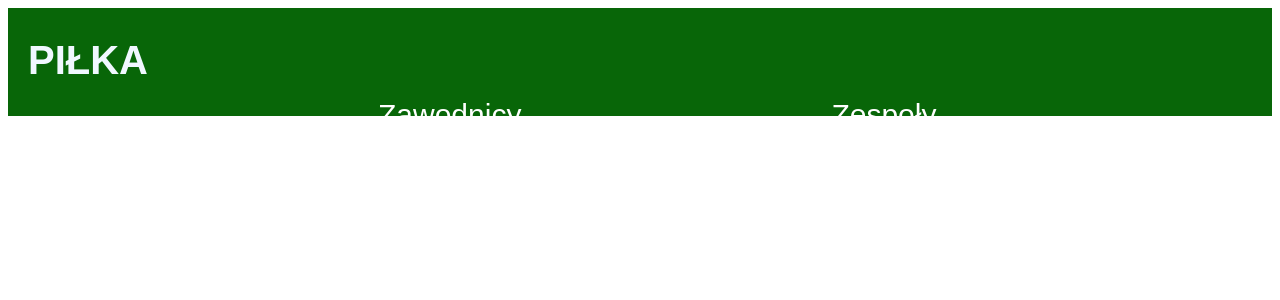
Repository: ZABA78/PAZW
Page: index.html
These files come from the project's save history. The page is drawn as it stood at one moment and after the next save; the edit follows.
The browser window is 1280 px wide. The pictures show the whole page.
Some web fonts or font styles are not loaded; a fallback is used.

Above is the page before, as saved 2023-10-17 14:11:56.

### index.html
<!DOCTYPE html>
<html lang="en">
<head>
    <meta charset="UTF-8">
    <meta http-equiv="X-UA-Compatible" content="IE=edge">
    <meta name="viewport" content="width=device-width, initial-scale=1.0">
    <link rel="stylesheet" href="style.css">
    <title>Piłka</title>
    <style>
        @import url('https://fonts.googleapis.com/css2?family=Tilt+Neon&display=swap');
        </style>
</head>
<body>
    <header>
        <!--<img src="pilka.png" alt="logo" class = "logo">--><h1>PIŁKA</h1>
        <nav>
            <a href="">Zawodnicy</a>
            <a href="">Zespoły</a>
            <a href="">Mecze</a>
            <a href="">Puchary</a>
        </nav>
    </header>
</body>
</html>

### style.css
*
{
    font-family: 'Tilt Neon', sans-serif;


}
.logo
{
    height: 100vh;

}
h1
{
    padding: 10px;
    font-size: 40px;
    float: left;
    margin-left: 10px;
    margin-top: 20px;
}
header
{
    background-color: rgb(8, 102, 8);
    height: 15vh;
    color: aliceblue;
}
a
{
padding: 90px;
text-align: center;
float: left;
margin-left: 130px;
text-decoration: none;
color: white;
font-size: 30px;
}
a:hover
{
    background-color: black;
}

After the next save:
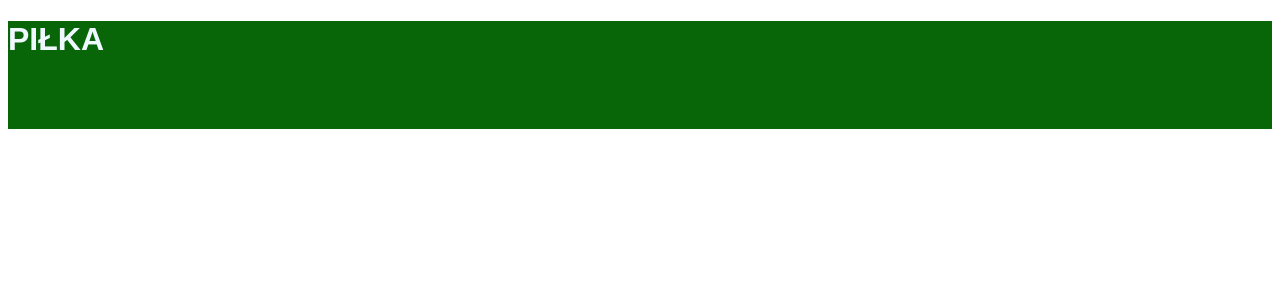
Saved 14 s later.
--- a/style.css
+++ b/style.css
@@ -4,10 +4,6 @@
 
 
 }
-.logo
-{
-    height: 100vh;
-
 }
 h1
 {

After the save that followed:
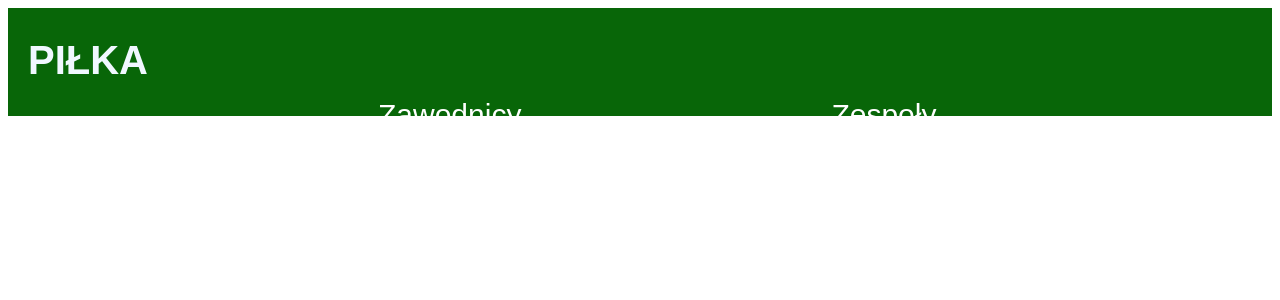
Saved 7 s later.
--- a/style.css
+++ b/style.css
@@ -4,7 +4,7 @@
 
 
 }
-}
+
 h1
 {
     padding: 10px;
